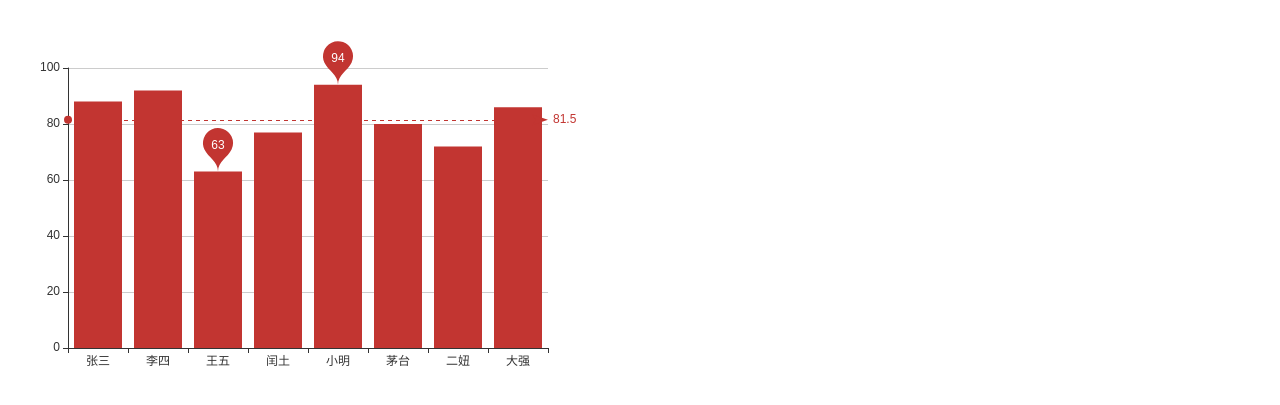
Repository: lm101845/LearnDataVisualization
Page: 02-Echarts/02-代码手敲/03.柱状图的实现.html
An editor plug-in stored every save of this project. The page is shown before and after the next save, followed by the edit.
The browser window is 1280 px wide. The pictures show the whole page.

Above is the page before, as saved 2022-03-09 23:57:01.

After the next save:
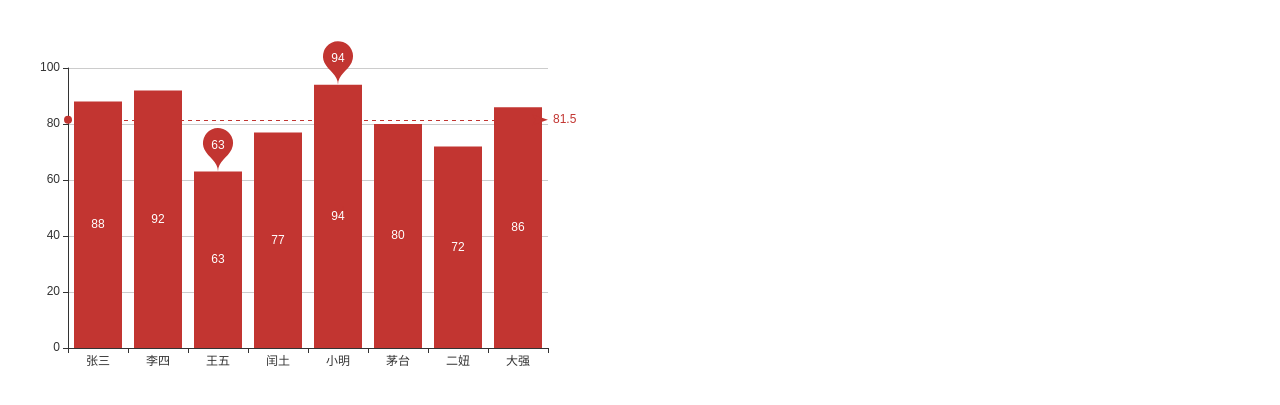
Saved 10 s later.
--- a/02-Echarts/02-代码手敲/03.柱状图的实现.html
+++ b/02-Echarts/02-代码手敲/03.柱状图的实现.html
@@ -68,7 +68,7 @@
                     },
                     //数值显示  label
                     label: {
-
+                        show: true
                     }
                 }]
             }
